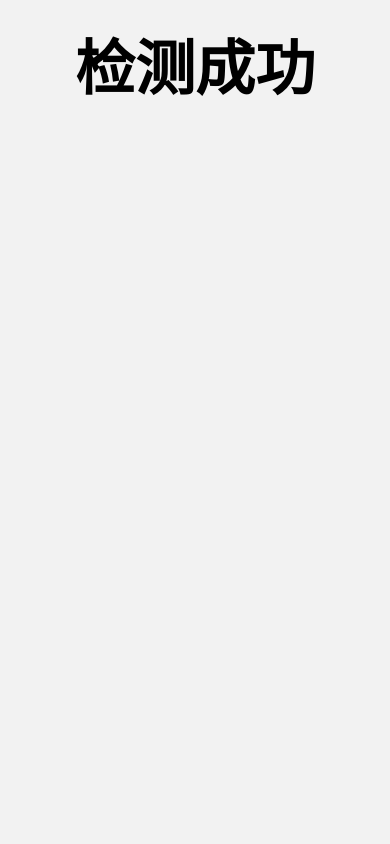
Repository: Declan-Deng/HuoXinApp
Screen: /完成界面
An editor plug-in stored every save of this project. The screen is shown before and after the next save, followed by the edit.
The app was drawn by React Native's web renderer in a window 390 px wide. The project was rebuilt for these pictures with package versions that can differ from the ones it lists, and the page was loaded fresh each time. Also part of the build but not shown: agreementPage/AgreementPage.js, testPage/CameraScreen.js.

Above is the screen before, as saved 2024-01-23 02:33:41.

### App.js
import React, {Component} from 'react';
import {Text, View} from 'react-native';

import LoginPage from './loginPage/LoginPage';
import AgreementPage from './agreementPage/AgreementPage';
import TestPage from './testPage/FinishPage';
import {NavigationContainer} from '@react-navigation/native';
import {createNativeStackNavigator} from '@react-navigation/native-stack';
import {Camera} from 'react-native-vision-camera';
import CameraScreen from './testPage/CameraScreen';
import FinishPage from './testPage/FinishPage';

const Stack = createNativeStackNavigator();
export default class App extends Component {
  render() {
    return (
      <NavigationContainer>
        <Stack.Navigator
          screenOptions={{
            headerShown: true,
            orientation: 'landscape',
            // 其他全局配置项
          }}>
          <Stack.Screen
            name="登录"
            component={LoginPage}
            options={{
              headerShown: false,
              presentation: 'card',
            }}
          />
          <Stack.Screen
            name="用户协议"
            component={AgreementPage}
            options={{
              headerTitleAlign: 'center',
              cardShadowEnabled: true,
              cardOverlayEnabled: true,
              animationEnabled: true,
              presentation: 'card',
            }}
          />
          <Stack.Screen
            name="检测界面"
            component={CameraScreen}
            options={{
              headerShown: false,
            }}
          />
          <Stack.Screen
            name="完成界面"
            component={FinishPage}
            options={{
              headerShown: false,
            }}
          />
        </Stack.Navigator>
      </NavigationContainer>
    );
  }
}

### loginPage/LoginPage.js
import React, {Component, useState} from 'react';
import {
  KeyboardAvoidingView,
  Text,
  View,
  StyleSheet,
  TouchableOpacity,
  TextInput,
  Platform,
  ScrollView,
} from 'react-native';

function LoginPage(props) {
  const [username, setUsername] = useState('');
  const [password, setPassword] = useState('');

  const doLogin = props => {
    alert(`用户名: ${username}, 密码: ${password}`);
    props.navigation.navigate('用户协议');
  };

  return (
    <KeyboardAvoidingView
      behavior={Platform.OS === 'ios' ? 'padding' : 'height'}>
      <ScrollView>
        <View>
          <Text style={[styles.h2]}>火星智慧心理AI检测</Text>
          <View style={[styles.container]}>
            <Text style={[styles.h3]}>登录</Text>
            <View style={styles.inputContainer}>
              <Text style={styles.label}>学号:</Text>
              <TextInput
                style={[styles.itemBase]}
                placeholder=" 请输入用户名"
                value={username}
                onChangeText={setUsername}
              />
            </View>

            <View style={styles.inputContainer}>
              <Text style={styles.label}>密码:</Text>
              <TextInput
                style={styles.itemBase}
                placeholder=" 请输入密码"
                value={password}
                onChangeText={setPassword}
                secureTextEntry={true}
              />
            </View>
          </View>
          <TouchableOpacity
            style={styles.circleButton}
            onPress={() => doLogin(props)}>
            <Text style={styles.buttonText}>确认登录</Text>
          </TouchableOpacity>
        </View>
      </ScrollView>
    </KeyboardAvoidingView>
  );
}

const styles = StyleSheet.create({
  container: {
    margin: 50,
    marginHorizontal: 200,
    paddingVertical: 50,
    borderRadius: 12,
    borderWidth: 1,
    borderColor: '#ddd',
    padding: 30,
    fontSize: 30,
    fontWeight: 'bold',
  },
  h3: {
    color: 'black',
    fontSize: 24,
    textAlign: 'center',
    fontWeight: 'bold',
    marginBottom: 20,
  },

  h2: {
    color: 'black',
    fontSize: 53,
    fontWeight: 'bold',
    textAlign: 'center',
    marginTop: 90,
  },

  itemBase: {
    borderRadius: 12,
    height: 50,
    fontSize: 20,
    borderWidth: 1,
    backgroundColor: 'white',
    margin: 20,
    marginRight: 50,
    flex: 1,
    padding: 10,
  },

  circleButton: {
    width: 90, // 宽度
    height: 50, // 高度
    borderRadius: 5, // 圆角半径
    backgroundColor: 'blue', // 背景颜色
    justifyContent: 'center', // 垂直居中
    alignItems: 'center', // 水平居中
    marginLeft: 'auto',
    marginRight: 'auto',
  },
  buttonText: {
    color: 'white', // 文本颜色
    fontSize: 16, // 字体大小
  },
  label: {
    fontSize: 20,
    color: 'black',
    fontWeight: 'bold',
    marginLeft: 10, // 根据需要调整
  },
  inputContainer: {
    flexDirection: 'row',
    alignItems: 'center',
    margin: 20,
    marginHorizontal: 100,
  },
  icon: {
    width: 20, // 根据图标的实际大小调整
    height: 20, // 根据图标的实际大小调整
    marginRight: 10, // 根据需要调整图标与输入框之间的间距
  },
});

export default LoginPage;

### testPage/FinishPage.js
import {StyleSheet, Text, View, ScrollView} from 'react-native';
import React from 'react';

export default function FinishPage() {
  return (
    <ScrollView>
      <View>
        <Text style={[styles.h1]}>检测成功</Text>
      </View>
    </ScrollView>
  );
}

const styles = StyleSheet.create({
  h1: {
    fontSize: 60,
    fontWeight: 'bold',
    textAlign: 'center',
    marginTop: 20,
    color: 'black',
  },
});

After the next save:
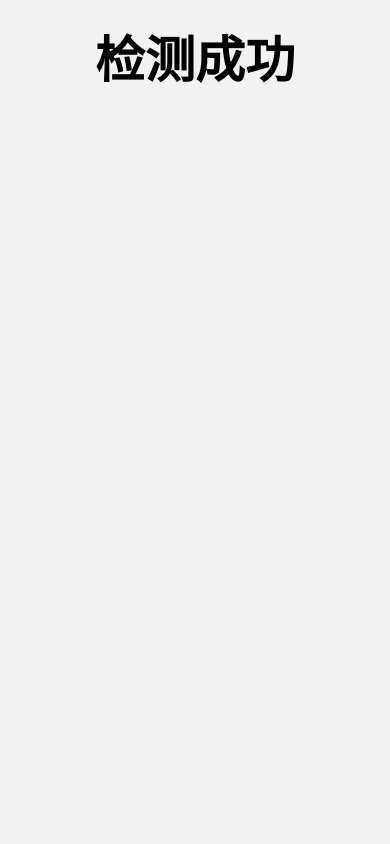
Saved 5 s later.
--- a/testPage/FinishPage.js
+++ b/testPage/FinishPage.js
@@ -13,7 +13,7 @@ export default function FinishPage() {
 
 const styles = StyleSheet.create({
   h1: {
-    fontSize: 60,
+    fontSize: 50,
     fontWeight: 'bold',
     textAlign: 'center',
     marginTop: 20,
